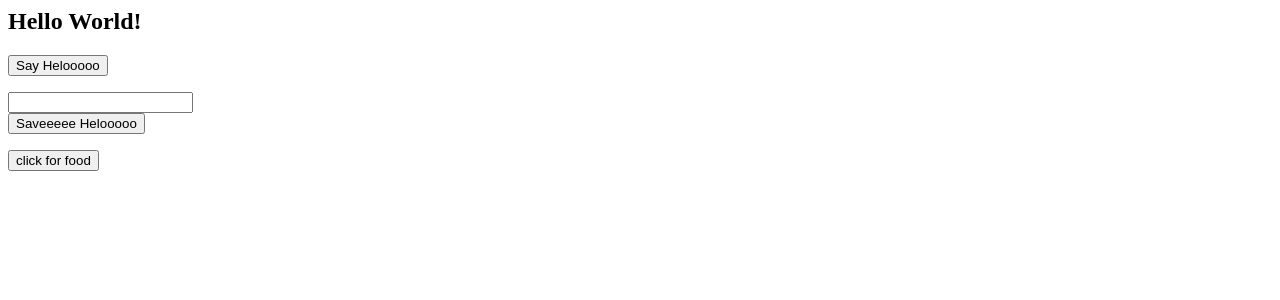
Repository: PuneethXworkz/core-java
Page: http://localhost/springmvc_app/
The author's editor kept a copy of each file at every save. The page is drawn from the files as they stood at one save, then again after the next save.
The browser window is 1280 px wide. The pictures show the whole page.
The page is served by Tomcat 9. Nobody is signed in. The application's start-up code is not run. Other server files are loaded and not shown.

Above is the page before, as saved 2022-11-01 05:31:40.

### springmvc_app/src/main/webapp/index.jsp
<html>
<body>
<h2>Hello World!</h2>
<form action="hello" >
<pre>
<input type="submit" value="Say Helooooo">
</pre>
</form>

<form action="savehello" >
<pre>
<input type="text" name="name">
<input type="submit" value="Saveeeee Helooooo">
</pre>
</form>

<form action="getfood" >
<pre>
<input type="submit" value="click for food">
</pre>
</form>
</body>
</html>

After the next save:
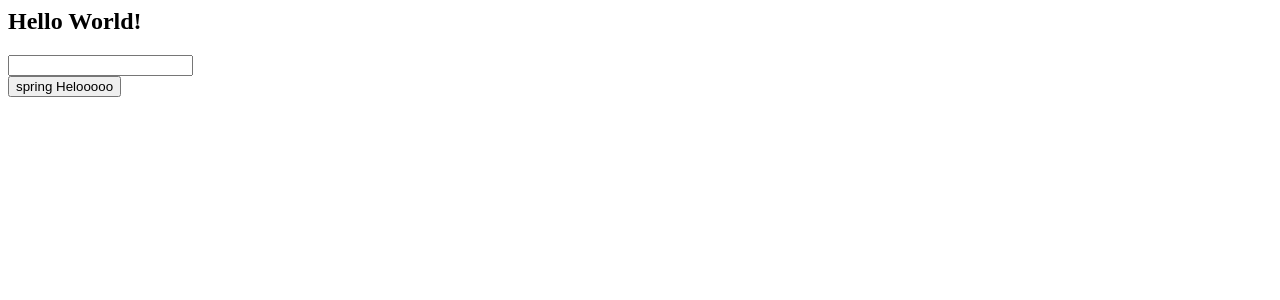
Saved 5 min 17 s later.
--- a/springmvc_app/src/main/webapp/index.jsp
+++ b/springmvc_app/src/main/webapp/index.jsp
@@ -1,23 +1,23 @@
 <html>
 <body>
 <h2>Hello World!</h2>
-<form action="hello" >
+<!-- <form action="hello" >
 <pre>
 <input type="submit" value="Say Helooooo">
 </pre>
-</form>
+</form> -->
 
 <form action="savehello" >
 <pre>
 <input type="text" name="name">
-<input type="submit" value="Saveeeee Helooooo">
+<input type="submit" value="spring Helooooo">
 </pre>
 </form>
 
-<form action="getfood" >
+<!-- <form action="getfood" >
 <pre>
 <input type="submit" value="click for food">
 </pre>
-</form>
+</form> -->
 </body>
 </html>
